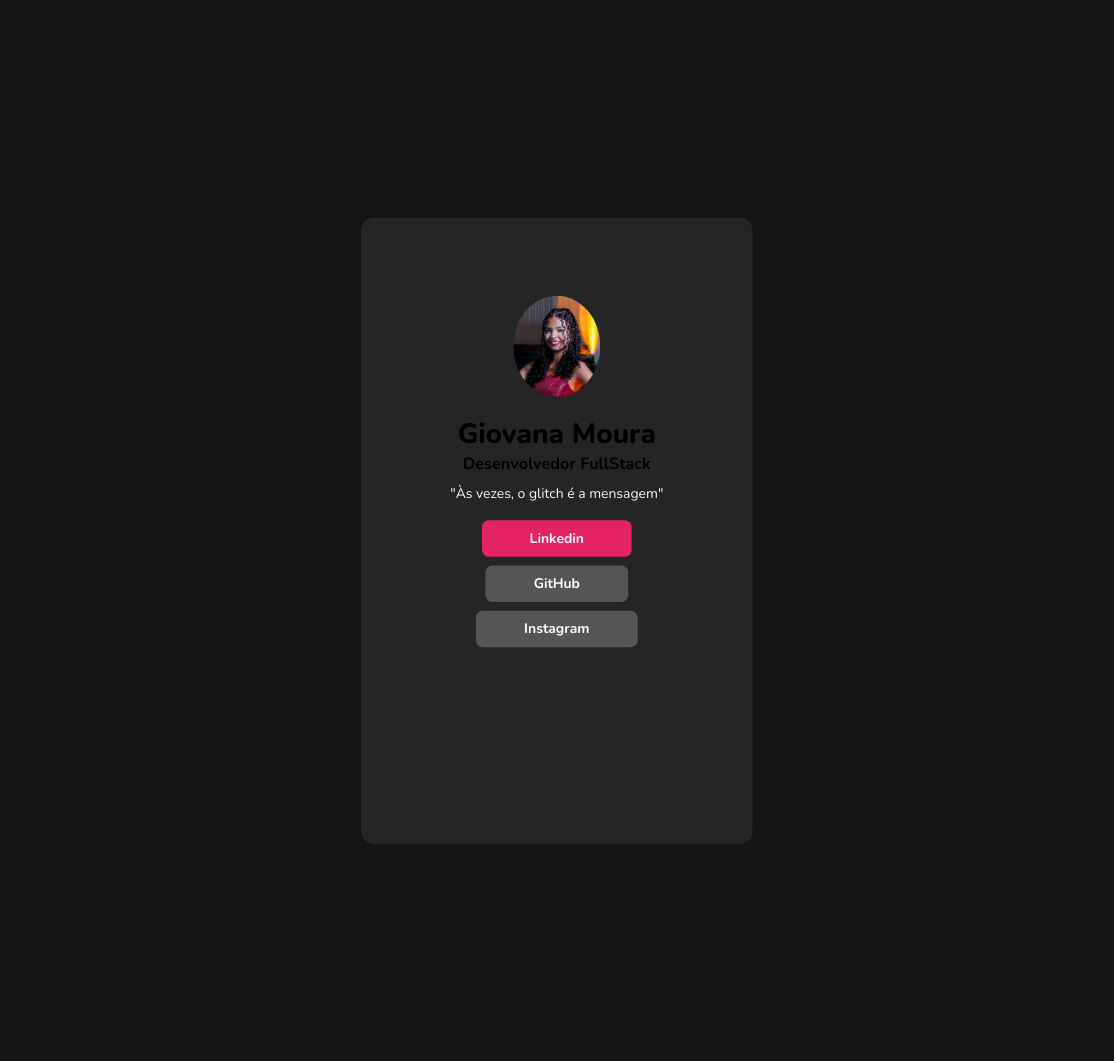
Repository: gimoli/linktree-giovana
Page: index.html
These files come from the project's save history. The page is drawn as it stood at one moment and after the next save; the edit follows.
The browser window is 1280 px wide. The pictures show the whole page, at 87% of full size.
The pointer rests on the first visible `.container-social li`.

Above is the page before, as saved 2025-04-11 09:32:04.

After the next save:
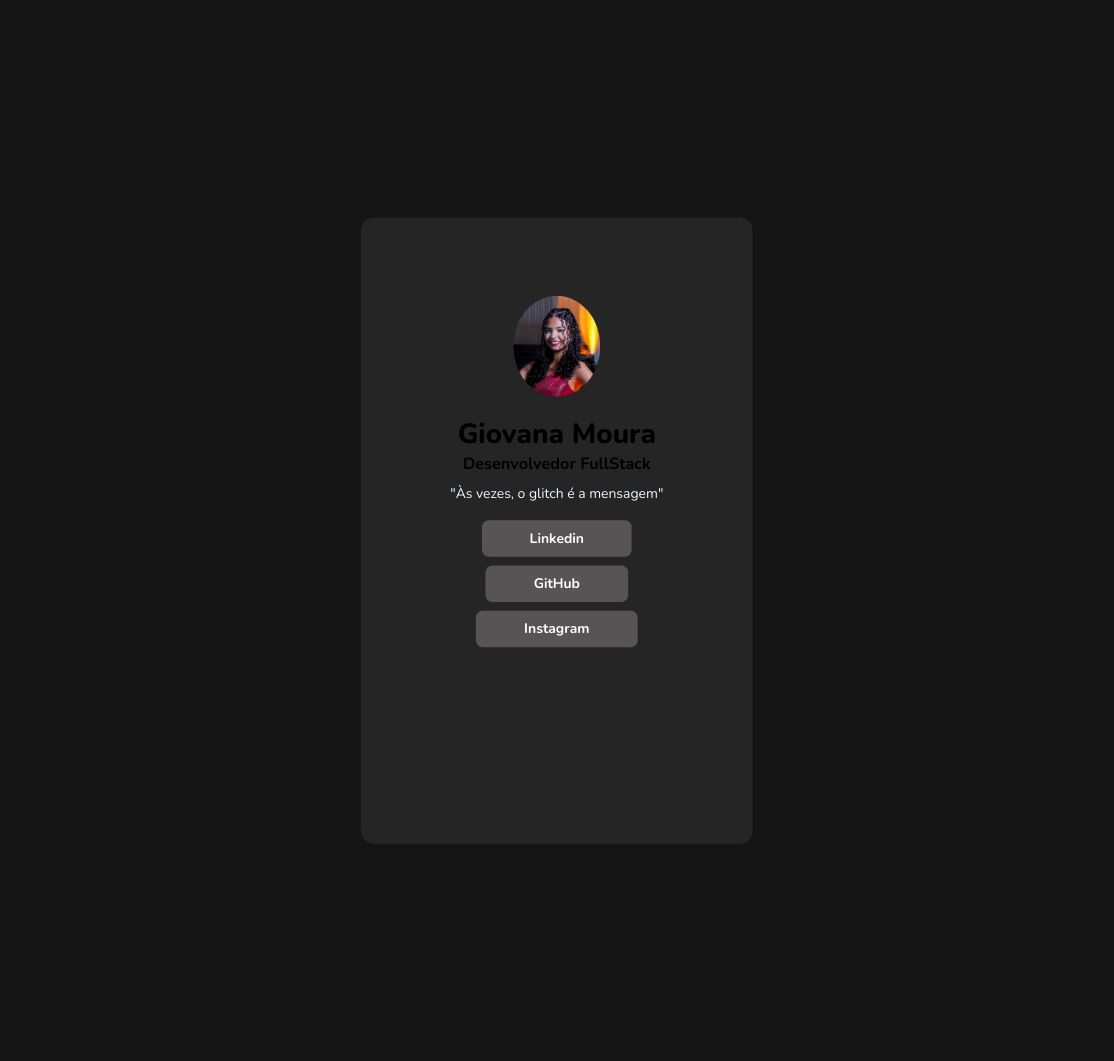
Saved 26 s later.
--- a/style.css
+++ b/style.css
@@ -66,7 +66,7 @@ body {
   transition: background-color 0.3s ease;
 }
 
-.container-social li:hover{
+.container-social li linkedin:hover{
   background-color: #e32363;
 }
 
